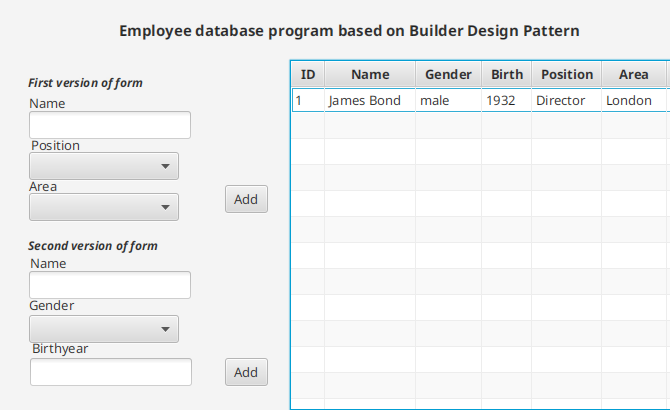
Repository: DanielCsonka987/JavaPrograms_programPatterns
Program's window: java OOP_ProgPat_Builder/src/application/Main.java
These files come from the project's save history. The program's window is drawn as it stood at one moment and after the next save; the edit follows.
It runs on Java 21 on a 1366 x 768 screen with JavaFX 11; the title bar is not drawn.

Above is the program's window before, as saved 2019-10-21 13:12:40.

### OOP_ProgPat_Builder/src/application/Main.java
package application;

import javafx.application.Application;
import javafx.stage.Stage;
import javafx.scene.Scene;
import javafx.scene.layout.BorderPane;
import javafx.fxml.FXMLLoader;


public class Main extends Application {
	@Override
	public void start(Stage primaryStage) {
		try {
			BorderPane root = (BorderPane)FXMLLoader.load(getClass().getResource("MainWindow.fxml"));
			Scene scene = new Scene(root,670,410);
			scene.getStylesheets().add(getClass().getResource("application.css").toExternalForm());
			primaryStage.setScene(scene);
			primaryStage.show();
		} catch(Exception e) {
			e.printStackTrace();
		}
	}

	public static void main(String[] args) {
		launch(args);
	}
}

### OOP_ProgPat_Builder/src/application/MainWindowController.java
package application;

import java.net.URL;
import java.util.ResourceBundle;

import javafx.collections.FXCollections;
import javafx.collections.ObservableList;
import javafx.event.ActionEvent;
import javafx.fxml.FXML;
import javafx.fxml.Initializable;
import javafx.scene.control.Button;
import javafx.scene.control.ComboBox;
import javafx.scene.control.TableColumn;
import javafx.scene.control.TableView;
import javafx.scene.control.TextField;

public class MainWindowController implements Initializable {
	@FXML
	private TableView<Employee> tableEmployee;

	@FXML
	private TableColumn<Employee, Number> ids;
	@FXML
	private TableColumn<Employee, String> names;
	@FXML
	private TableColumn<Employee, String> genders;
	@FXML
	private TableColumn<Employee, Number> birthYears;
	@FXML
	private TableColumn<Employee, String> positions;
	@FXML
	private TableColumn<Employee, String> areas;

	@FXML
	private TextField txtFieldName1;

	@FXML
	private Button btnAddOne;

	@FXML
	private Button btnAddTwo;

	@FXML
	private ComboBox<String> cmbbxPosit;

	@FXML
	private ComboBox<String> cmbbxArea;

	@FXML
	private TextField txtFieldName2;

	@FXML
	private ComboBox<String> cmbbxGender;

	@FXML
	private TextField txtFieldBirth;

	private ObservableList<Employee> list;
	private Integer counter = 1;
	private Integer birthDate;

	@Override
	public void initialize(URL location, ResourceBundle resources) {
		list = FXCollections.observableArrayList();

		loadInTestData();
		adjustTableView();
		refreshTableViewContentAndFields();
	}

	private void adjustTableView() {

		ids = new TableColumn<Employee, Number>("ID");
		ids.setCellValueFactory(c -> c.getValue().getIdProp());
		names = new TableColumn<Employee, String>("Name");
		names.setCellValueFactory(c -> c.getValue().getNameProp());
		genders = new TableColumn<Employee, String>("Gender");
		genders.setCellValueFactory(c -> c.getValue().getGenderProp());
		birthYears = new TableColumn<Employee, Number>("Birth");
		birthYears.setCellValueFactory(c -> c.getValue().getBirthYearProp());
		positions = new TableColumn<Employee, String>("Position");
		positions.setMinWidth(50.0);
		positions.setCellValueFactory(c -> c.getValue().getPositionProp());
		areas = new TableColumn<Employee, String>("Area");
		areas.setCellValueFactory(c -> c.getValue().getAreaProp());

		tableEmployee.getColumns().addAll(ids, names, genders, birthYears, positions, areas);

	}

	private void loadInTestData() {
		list.add(new Employee(counter, "James Bond", "male", 1932, "Director", "London"));
		counter++;
	}


	private void refreshTableViewContentAndFields() {
		tableEmployee.setItems(list);

		txtFieldName1.setText("");
		cmbbxPosit.getSelectionModel().clearSelection();
		cmbbxArea.getSelectionModel().clearSelection();

		txtFieldName2.setText("");
		cmbbxGender.getSelectionModel().clearSelection();
		txtFieldBirth.setText("");
	}


	@FXML
	void saveFirstFormContent(ActionEvent event) {
		if(reviseFormOneFilled()){
			Employee emp = new EmployeeBuilder(counter, txtFieldName1.getText())
					.setArea(cmbbxArea.getSelectionModel().getSelectedItem())
					.setPosition(cmbbxPosit.getSelectionModel().getSelectedItem())
					.finishBuild();
			list.add(emp);
			counter++;
			refreshTableViewContentAndFields();
		}
	}

	private boolean reviseFormOneFilled() {
		if(txtFieldName1.getText().isEmpty())
			return false;
		if(cmbbxPosit.getSelectionModel().isEmpty())
			return false;
		if(cmbbxArea.getSelectionModel().isEmpty())
			return false;
		return true;
	}

	@FXML
	void saveSecondFromContent(ActionEvent event) {
		if(reviseFormTwoFilled()){
			Employee emp = new EmployeeBuilder(counter, txtFieldName2.getText())
					.setGender(cmbbxGender.getSelectionModel().getSelectedItem())
					.setBirthYear(birthDate)
					.finishBuild();
			list.add(emp);
			counter++;
			refreshTableViewContentAndFields();
		}

	}

	private boolean reviseFormTwoFilled() {
		if(txtFieldName2.getText().isEmpty())
			return false;
		if(cmbbxGender.getSelectionModel().isEmpty())
			return false;
		if(txtFieldBirth.getText().isEmpty())
			return false;
		try{
			birthDate = Integer.parseInt(txtFieldBirth.getText());
		}catch(Exception e)
		{
			e.getStackTrace();
		}
		return true;
	}

}

### OOP_ProgPat_Builder/src/application/Employee.java
package application;

import javafx.beans.property.SimpleIntegerProperty;
import javafx.beans.property.SimpleStringProperty;


public class Employee {
	private SimpleIntegerProperty id;
	private SimpleStringProperty name;
	private SimpleStringProperty gender;
	private SimpleIntegerProperty birthYear;
	private SimpleStringProperty position;
	private SimpleStringProperty area;
	public Employee(Integer id, String name, String gender, Integer birthYear, String position, String area) {
		super();
		this.id = new SimpleIntegerProperty();
		this.id.setValue(id);
		this.name = new SimpleStringProperty();
		this.name.set(name);
		this.gender = new SimpleStringProperty();
		this.gender.set(gender);
		this.birthYear = new SimpleIntegerProperty();
		this.birthYear.set(birthYear);
		this.position = new SimpleStringProperty();
		this.position.set(position);
		this.area = new SimpleStringProperty();
		this.area.set(area);
	}
	public SimpleIntegerProperty getIdProp() {
		return id;
	}
	public SimpleStringProperty getNameProp() {
		return name;
	}
	public SimpleStringProperty getGenderProp() {
		return gender;
	}
	public SimpleIntegerProperty getBirthYearProp() {
		return birthYear;
	}
	public SimpleStringProperty getPositionProp() {
		return position;
	}
	public SimpleStringProperty getAreaProp() {
		return area;
	}


}

### OOP_ProgPat_Builder/src/application/MainWindow.fxml
<?xml version="1.0" encoding="UTF-8"?>

<?import java.lang.String?>
<?import javafx.collections.FXCollections?>
<?import javafx.scene.control.Button?>
<?import javafx.scene.control.ComboBox?>
<?import javafx.scene.control.Label?>
<?import javafx.scene.control.TableView?>
<?import javafx.scene.control.TextField?>
<?import javafx.scene.layout.AnchorPane?>
<?import javafx.scene.layout.BorderPane?>
<?import javafx.scene.text.Font?>

<BorderPane xmlns="http://javafx.com/javafx/8.0.171" xmlns:fx="http://javafx.com/fxml/1" fx:controller="application.MainWindowController">
   <right>
      <TableView fx:id="tableEmployee" prefHeight="350.0" prefWidth="480.0" BorderPane.alignment="CENTER">
        <columns>

        </columns>
      </TableView>
   </right>
   <left>
      <AnchorPane prefHeight="350.0" prefWidth="290.0" BorderPane.alignment="CENTER">
         <children>
            <TextField fx:id="txtFieldName1" layoutX="29.0" layoutY="51.0" />
            <Button fx:id="btnAddOne" layoutX="225.0" layoutY="125.0" mnemonicParsing="false" onAction="#saveFirstFormContent" text="Add" />
            <Button fx:id="btnAddTwo" layoutX="225.0" layoutY="298.0" mnemonicParsing="false" onAction="#saveSecondFromContent" text="Add" />
            <ComboBox fx:id="cmbbxPosit" layoutX="29.0" layoutY="92.0" prefWidth="150.0">
            	<items>
            		<FXCollections fx:factory="observableArrayList">
            		    <String fx:value="Accountant" />
            			<String fx:value="Assistant" />
            			<String fx:value="Director" />
            			<String fx:value="HumanResource" />
            		</FXCollections>
            	</items>
            </ComboBox>
            <ComboBox fx:id="cmbbxArea" layoutX="29.0" layoutY="133.0" prefWidth="150.0">
            	<items>
            	    <FXCollections fx:factory="observableArrayList">
            		    <String fx:value="NewYork" />
            			<String fx:value="Berlin" />
            			<String fx:value="Prague" />
            			<String fx:value="London" />
            		</FXCollections>
            	</items>
            </ComboBox>
            <TextField fx:id="txtFieldName2" layoutX="29.0" layoutY="211.0" />
            <ComboBox fx:id="cmbbxGender" layoutX="29.0" layoutY="255.0" prefWidth="150.0">
                <items>
            	   <FXCollections fx:factory="observableArrayList">
            		    <String fx:value="Male" />
            			<String fx:value="Female" />
            		</FXCollections>
            	</items>
            </ComboBox>
            <TextField fx:id="txtFieldBirth" layoutX="30.0" layoutY="298.0" />
            <Label layoutX="30.0" layoutY="194.0" text="Name" />
            <Label layoutX="29.0" layoutY="236.0" text="Gender" />
            <Label layoutX="32.0" layoutY="279.0" text="Birthyear" />
            <Label layoutX="29.0" layoutY="34.0" text="Name" />
            <Label layoutX="31.0" layoutY="76.0" text="Position" />
            <Label layoutX="29.0" layoutY="117.0" text="Area" />
            <Label layoutX="28.0" layoutY="177.0" text="Second version of form">
               <font>
                  <Font name="System Bold Italic" size="12.0" />
               </font>
            </Label>
            <Label layoutX="28.0" layoutY="14.0" text="First version of form">
               <font>
                  <Font name="System Bold Italic" size="12.0" />
               </font>
            </Label>
         </children>
      </AnchorPane>
   </left>
   <top>
      <AnchorPane prefHeight="60.0" prefWidth="580.0" BorderPane.alignment="CENTER">
         <children>
            <Label layoutX="119.0" layoutY="20.0" text="Employee database program based on Builder Design Pattern">
               <font>
                  <Font name="System Bold" size="15.0" />
               </font>
            </Label>
         </children>
      </AnchorPane>
   </top>
</BorderPane>

Loaded but not shown: OOP_ProgPat_Builder/src/application/application.css (common file)

After the next save:
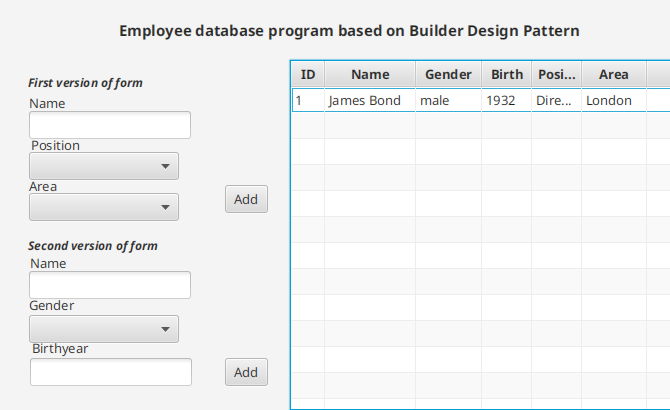
Saved 87 s later.
--- a/OOP_ProgPat_Builder/src/application/MainWindowController.java
+++ b/OOP_ProgPat_Builder/src/application/MainWindowController.java
@@ -79,7 +79,7 @@
 		birthYears = new TableColumn<Employee, Number>("Birth");
 		birthYears.setCellValueFactory(c -> c.getValue().getBirthYearProp());
 		positions = new TableColumn<Employee, String>("Position");
-		positions.setMinWidth(50.0);
+		positions.setPrefWidth(50);;
 		positions.setCellValueFactory(c -> c.getValue().getPositionProp());
 		areas = new TableColumn<Employee, String>("Area");
 		areas.setCellValueFactory(c -> c.getValue().getAreaProp());
